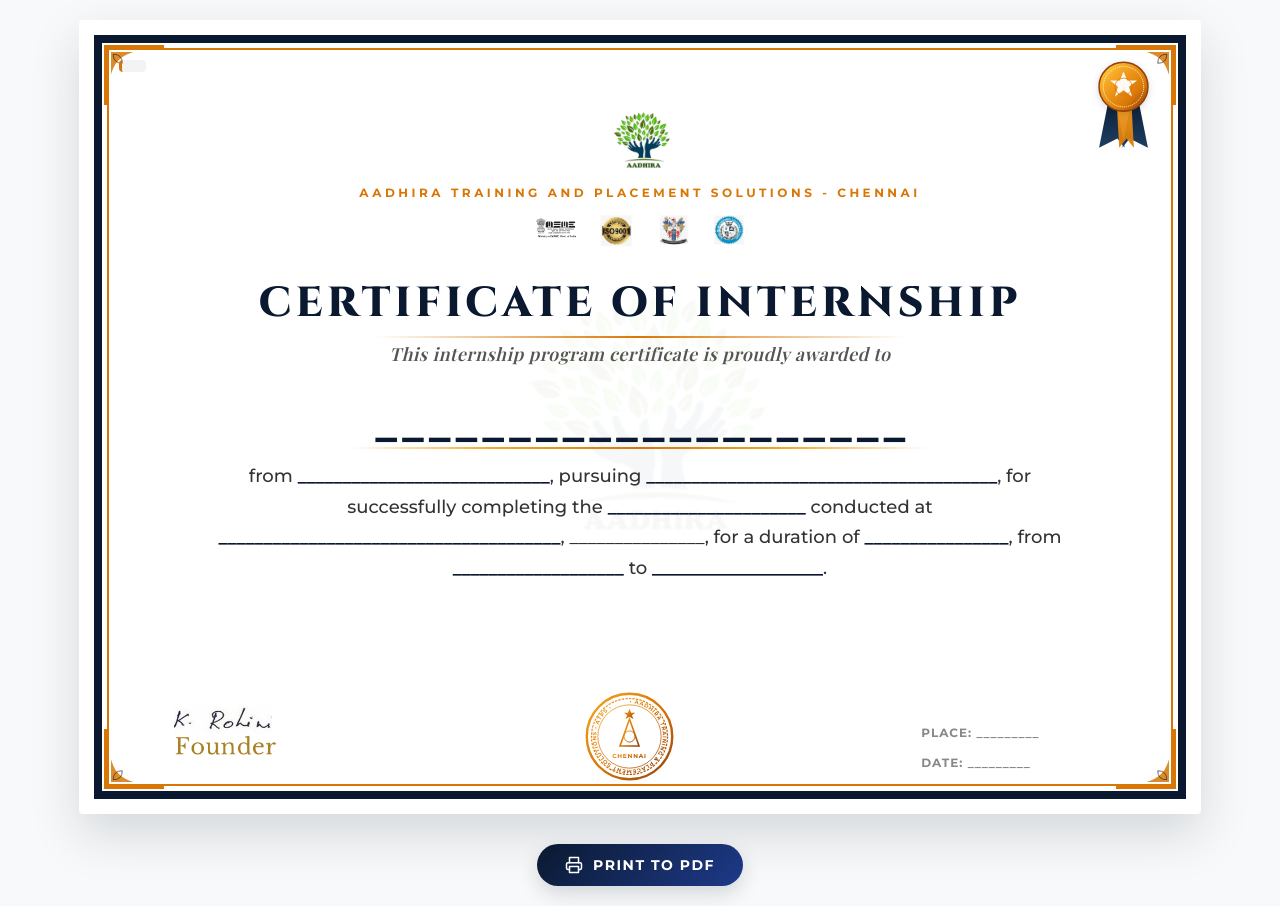
Repository: vimalRaj45/AADHIRA
Page: empt.html
These files come from the project's save history. The page is drawn as it stood at one moment and after the next save; the edit follows.
The browser window is 1280 px wide. The pictures show the whole page.
Some web fonts or font styles are not loaded; a fallback is used.

Above is the page before, as saved 2026-05-20 21:00:12.

### empt.html
<!DOCTYPE html>
<html lang="en">
<head>
  <meta charset="UTF-8">
  <meta name="viewport" content="width=device-width, initial-scale=1.0">
  <title>Certificate of Internship</title>

  <!-- Google Fonts for high-end look -->
  <link rel="preconnect" href="https://fonts.googleapis.com">
  <link rel="preconnect" href="https://fonts.gstatic.com" crossorigin>
  <link href="https://fonts.googleapis.com/css2?family=Cinzel:wght@600;700;800&family=Great+Vibes&family=Montserrat:wght@400;500;600;700&family=Playfair+Display:ital,wght@0,600;0,700;1,500;1,600&family=Alex+Brush&family=Mrs+Saint+Delafield&display=swap" rel="stylesheet">

  <!-- qrcode.js CDN -->
  <script src="https://cdnjs.cloudflare.com/ajax/libs/qrcodejs/1.0.0/qrcode.min.js"></script>

  <style>
    /* Styling for Screen Preview */
    :root {
      --navy: #0A192F;
      --gold: #D97706;
      --gold-light: #F5A623;
      --accent: #E07A5F;
      --bg: #F8F9FA;
      --paper: #FFFFFF;
    }

    * {
      box-sizing: border-box;
      margin: 0;
      padding: 0;
    }

    body {
      background-color: var(--bg);
      font-family: 'Montserrat', sans-serif;
      display: flex;
      flex-direction: column;
      align-items: center;
      justify-content: center;
      min-height: 100vh;
      padding: 20px;
    }

    /* Fixed Landscape A4 Dimensions for Preview */
    .cert-container {
      width: 297mm;
      height: 210mm;
      background: var(--paper);
      position: relative;
      overflow: hidden;
      box-shadow: 0 20px 50px rgba(10, 25, 47, 0.15);
      border-radius: 4px;
      display: flex;
      flex-direction: column;
      justify-content: space-between;
      padding: 40px;
    }

    /* Outer Borders */
    .border-outer {
      position: absolute;
      top: 15px;
      left: 15px;
      right: 15px;
      bottom: 15px;
      border: 8px solid var(--navy);
      pointer-events: none;
    }

    .border-inner {
      position: absolute;
      top: 28px;
      left: 28px;
      right: 28px;
      bottom: 28px;
      border: 2px solid var(--gold);
      pointer-events: none;
    }

    /* Border Corner Decorations */
    .corner-dec {
      position: absolute;
      width: 60px;
      height: 60px;
      border: 3px solid var(--gold);
      pointer-events: none;
    }

    .corner-tl {
      top: 25px;
      left: 25px;
      border-right: none;
      border-bottom: none;
    }

    .corner-tr {
      top: 25px;
      right: 25px;
      border-left: none;
      border-bottom: none;
    }

    .corner-bl {
      bottom: 25px;
      left: 25px;
      border-right: none;
      border-top: none;
    }

    .corner-br {
      bottom: 25px;
      right: 25px;
      border-left: none;
      border-top: none;
    }

    /* Decorative Corner SVG Accents */
    .corner-svg {
      position: absolute;
      width: 45px;
      height: 45px;
      fill: var(--gold);
      opacity: 0.85;
    }
    .svg-tl { top: 32px; left: 32px; }
    .svg-tr { top: 32px; right: 32px; transform: rotate(90deg); }
    .svg-bl { bottom: 32px; left: 32px; transform: rotate(-90deg); }
    .svg-br { bottom: 32px; right: 32px; transform: rotate(180deg); }

    /* Watermark background using your real corporate Aadhira Tree logo */
    .watermark {
      position: absolute;
      top: 50%;
      left: 50%;
      transform: translate(-50%, -50%);
      width: 340px;
      height: 340px;
      pointer-events: none;
      z-index: 1;
      opacity: 0.04;
      background-image: url('logos.png');
      background-size: 400% 100%;
      background-position: 0% 0%;
      background-repeat: no-repeat;
    }

    /* Header Layout */
    .header {
      display: flex;
      justify-content: center; /* PERFECT CENTER */
      align-items: center;
      z-index: 2;
      position: relative;
      width: 100%;
      height: 110px;
    }

    .cert-id {
      position: absolute;
      left: 0;
      top: 0;
      font-size: 14px;
      color: var(--navy);
      font-weight: 700;
      letter-spacing: 1.5px;
      background: rgba(10, 25, 47, 0.05);
      padding: 6px 12px;
      border-radius: 4px;
      border-left: 3px solid var(--gold);
    }

    .header-branding {
      display: flex;
      flex-direction: column;
      align-items: center;
      text-align: center;
    }

    /* Brand Logo & Accreditations Sprites */
    .logo-sprite {
      background-image: url('logos.png');
      background-size: 400% 100%;
      background-repeat: no-repeat;
      display: inline-block;
      mix-blend-mode: multiply;
    }

    .logo-aadhira {
      background-position: 0% 0%;
      width: 80px;
      height: 80px;
      margin-top: 120px;
      margin-bottom: 2px;
    }

    .company-subtitle {
      font-size: 12px;
      color: var(--gold);
      font-weight: 700;
      text-transform: uppercase;
      letter-spacing: 3.5px;
      margin-top: 2px;
      margin-bottom: 6px;
    }

    /* Center-Aligned Accreditation Badges */
    .accreditations {
      display: flex;
      gap: 12px;
      justify-content: center;
      align-items: center;
    }

    .logo-iso {
      background-position: 33.33% 0%;
      width: 44px;
      height: 44px;
    }

    .logo-arms {
      background-position: 66.66% 0%;
      width: 44px;
      height: 44px;
    }

    .logo-uk {
      background-position: 100% 0%;
      width: 44px;
      height: 44px;
    }

    .logo-msme {
      height: 44px;
      mix-blend-mode: multiply;
      object-fit: contain;
    }

    .medal-container {
      position: absolute;
      right: 0;
      top: -10px;
      width: 80px;
      height: 100px;
      display: flex;
      justify-content: flex-end;
    }

    /* Body/Content Layout */
    .content {
      text-align: center;
      z-index: 2;
      position: relative;
      margin-top: 5px;
      margin-bottom: 5px;
    }

    .title {
      font-family: 'Cinzel', serif;
      font-size: 42px;
      font-weight: 800;
      color: var(--navy);
      letter-spacing: 4px;
      margin-bottom: 10px;
      position: relative;
      display: inline-block;
    }

    .title::after {
      content: '';
      position: absolute;
      bottom: -6px;
      left: 15%;
      width: 70%;
      height: 2px;
      background: linear-gradient(90deg, transparent, var(--gold), transparent);
    }

    .subtitle {
      font-family: 'Playfair Display', serif;
      font-size: 18px;
      font-style: italic;
      color: #555;
      margin-bottom: 20px;
      letter-spacing: 0.5px;
    }

    .recipient-name {
      font-family: 'Playfair Display', serif;
      font-size: 44px;
      font-weight: 700;
      color: var(--navy);
      margin-bottom: 16px;
      display: inline-block;
      position: relative;
      padding: 0 20px;
    }

    .recipient-name::after {
      content: '';
      position: absolute;
      bottom: -4px;
      left: 0;
      width: 100%;
      height: 2.2px;
      background: linear-gradient(90deg, transparent, var(--gold-light), var(--gold), var(--gold-light), transparent);
    }

    .achievement-text {
      font-family: 'Montserrat', sans-serif;
      font-size: 18px;
      color: #333;
      line-height: 1.7;
      max-width: 860px;
      margin: 0 auto;
      font-weight: 500;
    }

    .highlight {
      font-weight: 700;
      color: var(--navy);
    }

    /* Bottom Section Layout */
    .footer {
      display: flex;
      justify-content: space-between;
      align-items: flex-end;
      z-index: 2;
      position: relative;
    }

    .signatory-block {
      width: 220px;
      text-align: center;
    }

    .signature-container {
      height: 60px;
      display: flex;
      align-items: flex-end;
      justify-content: center;
      margin-bottom: 8px;
    }

    /* Handwritten signature image displaying K. Rohini nicely overlayed */
    .signature-img {
      max-width: 150px;
      max-height: 60px;
      object-fit: contain;
      mix-blend-mode: multiply; /* Blends background color out */
    }

    .sign-line {
      border-top: 1.5px solid rgba(10, 25, 47, 0.3);
      padding-top: 6px;
    }

    .sign-name {
      font-size: 14px;
      font-weight: 700;
      color: var(--navy);
      text-transform: uppercase;
      letter-spacing: 1px;
    }

    .sign-designation {
      font-size: 12px;
      color: #666;
      margin-top: 2px;
      font-weight: 500;
    }

    .seal-block {
      width: 140px;
      display: flex;
      flex-direction: column;
      align-items: center;
      justify-content: center;
      margin-bottom: -10px;
    }

    .verification-block {
      display: flex;
      align-items: flex-end;
      gap: 15px;
      width: 240px;
    }

    .verification-details {
      text-align: left;
    }

    .verif-label {
      font-size: 10px;
      font-weight: 700;
      color: var(--navy);
      text-transform: uppercase;
      letter-spacing: 1px;
      margin-bottom: 4px;
    }

    .verif-link {
      font-size: 10px;
      color: #666;
      text-decoration: none;
      word-break: break-all;
      font-family: monospace;
      font-weight: 500;
      line-height: 1.3;
      display: block;
      max-width: 150px;
    }

    .verif-link:hover {
      color: var(--gold);
    }

    .qrcode-container {
      background: white;
      padding: 6px;
      border: 1px solid rgba(10, 25, 47, 0.12);
      border-radius: 4px;
      box-shadow: 0 4px 10px rgba(0,0,0,0.05);
      display: flex;
      align-items: center;
      justify-content: center;
    }

    /* Print & Floating Controls */
    .controls {
      margin-top: 30px;
      display: flex;
      gap: 15px;
      z-index: 10;
    }

    .btn {
      padding: 12px 28px;
      font-family: 'Montserrat', sans-serif;
      font-size: 14px;
      font-weight: 700;
      text-transform: uppercase;
      letter-spacing: 1.5px;
      border: none;
      border-radius: 50px;
      cursor: pointer;
      box-shadow: 0 8px 20px rgba(10, 25, 47, 0.15);
      transition: all 0.3s ease;
      display: flex;
      align-items: center;
      gap: 10px;
      text-decoration: none;
    }

    .btn-print {
      background: linear-gradient(135deg, var(--navy), #1E3A8A);
      color: white;
    }

    .btn-print:hover {
      transform: translateY(-2px);
      box-shadow: 0 12px 25px rgba(10, 25, 47, 0.25);
    }

    /* Print styling rules */
    @media print {
      body {
        background: none;
        padding: 0;
        margin: 0;
        width: 297mm;
        height: 210mm;
      }

      .cert-container {
        width: 297mm;
        height: 210mm;
        box-shadow: none;
        border-radius: 0;
        position: absolute;
        top: 0;
        left: 0;
        margin: 0;
        padding: 40px;
        page-break-after: always;
        -webkit-print-color-adjust: exact;
        print-color-adjust: exact;
      }

      .no-print {
        display: none !important;
      }
    }

    @page {
      size: A4 landscape;
      margin: 0;
    }
  </style>
</head>
<body>

  <!-- Certificate Container -->
  <div class="cert-container">

    <!-- Borders -->
    <div class="border-outer"></div>
    <div class="border-inner"></div>

    <!-- Corner Decorative Lines -->
    <div class="corner-dec corner-tl"></div>
    <div class="corner-dec corner-tr"></div>
    <div class="corner-dec corner-bl"></div>
    <div class="corner-dec corner-br"></div>

    <!-- Corner Decorative SVGs -->
    <svg class="corner-svg svg-tl" viewBox="0 0 100 100">
      <path d="M 0,0 L 50,0 C 20,10 10,20 0,50 Z" />
      <circle cx="15" cy="15" r="4" />
      <path d="M 5,5 Q 25,5 25,25 Q 5,25 5,5" fill="none" stroke="currentColor" stroke-width="1.5"/>
    </svg>
    <svg class="corner-svg svg-tr" viewBox="0 0 100 100">
      <path d="M 0,0 L 50,0 C 20,10 10,20 0,50 Z" />
      <circle cx="15" cy="15" r="4" />
      <path d="M 5,5 Q 25,5 25,25 Q 5,25 5,5" fill="none" stroke="currentColor" stroke-width="1.5"/>
    </svg>
    <svg class="corner-svg svg-bl" viewBox="0 0 100 100">
      <path d="M 0,0 L 50,0 C 20,10 10,20 0,50 Z" />
      <circle cx="15" cy="15" r="4" />
      <path d="M 5,5 Q 25,5 25,25 Q 5,25 5,5" fill="none" stroke="currentColor" stroke-width="1.5"/>
    </svg>
    <svg class="corner-svg svg-br" viewBox="0 0 100 100">
      <path d="M 0,0 L 50,0 C 20,10 10,20 0,50 Z" />
      <circle cx="15" cy="15" r="4" />
      <path d="M 5,5 Q 25,5 25,25 Q 5,25 5,5" fill="none" stroke="currentColor" stroke-width="1.5"/>
    </svg>

    <!-- Watermark Background using corporate Aadhira Tree logo -->
    <div class="watermark"></div>

    <!-- Top Header -->
    <div class="header">
      <div class="cert-id"></div>

      <div class="header-branding">
        <!-- Render your corporate Aadhira Tree logo via sprite -->
        <div class="logo-sprite logo-aadhira"></div>
        <div class="company-subtitle">AADHIRA TRAINING AND PLACEMENT SOLUTIONS - CHENNAI</div>

        <!-- Accreditation badges horizontally aligned -->
        <div class="accreditations">
          <img src="ministry-of-micro-small-and-medium-enterprises-logo-png.png" class="logo-msme" title="MSME Certified" alt="MSME Logo">
          <div class="logo-sprite logo-iso" title="ISO 9001:2015 Certified"></div>
          <div class="logo-sprite logo-arms" title="International Standards Certified"></div>
          <div class="logo-sprite logo-uk" title="Euro UK Accreditation Licensed"></div>
        </div>
      </div>

      <!-- Gold Medal Ribbon -->
      <div class="medal-container">
        <svg viewBox="0 0 120 180" width="75" height="110">
          <defs>
            <linearGradient id="goldGrad" x1="0%" y1="0%" x2="100%" y2="100%">
              <stop offset="0%" stop-color="#FDE047"/>
              <stop offset="30%" stop-color="#F5A623"/>
              <stop offset="70%" stop-color="#D97706"/>
              <stop offset="100%" stop-color="#78350F"/>
            </linearGradient>
            <linearGradient id="ribbonGrad1" x1="0%" y1="0%" x2="0%" y2="100%">
              <stop offset="0%" stop-color="#0A192F"/>
              <stop offset="100%" stop-color="#1E3E62"/>
            </linearGradient>
            <linearGradient id="ribbonGrad2" x1="0%" y1="0%" x2="0%" y2="100%">
              <stop offset="0%" stop-color="#F5A623"/>
              <stop offset="100%" stop-color="#D97706"/>
            </linearGradient>
          </defs>
          <!-- Ribbons -->
          <path d="M38 70 L20 160 L50 145 L62 160 L45 70" fill="url(#ribbonGrad1)"/>
          <path d="M82 70 L100 160 L70 145 L58 160 L75 70" fill="url(#ribbonGrad1)"/>
          <path d="M48 70 L53 160 L65 145 L77 160 L72 70" fill="url(#ribbonGrad2)" opacity="0.95"/>
          <!-- Medal Outer -->
          <circle cx="60" cy="60" r="40" fill="url(#goldGrad)" stroke="#92400E" stroke-width="2.5" filter="drop-shadow(0 3px 6px rgba(0,0,0,0.15))"/>
          <!-- Medal Ridges -->
          <circle cx="60" cy="60" r="33" fill="none" stroke="#FEF3C7" stroke-width="1.5" stroke-dasharray="2 1.5"/>
          <!-- Medal Emblem -->
          <polygon points="60,35 66,50 82,50 69,60 74,76 60,66 46,76 51,60 38,50 54,50" fill="#FFF" opacity="0.95"/>
          <circle cx="60" cy="60" r="14" fill="none" stroke="#D97706" stroke-width="1.2"/>
        </svg>
      </div>
    </div>

    <!-- Main Content Area -->
    <div class="content">
      <h1 class="title">CERTIFICATE OF INTERNSHIP</h1>
      <p class="subtitle">This internship program certificate is proudly awarded to</p>

      <div class="recipient-name">____________________</div>

      <p class="achievement-text">
        from <span class="highlight">____________________________</span>, pursuing <span class="highlight">_______________________________________</span>,
        for successfully completing the <span class="highlight">______________________</span>
        conducted at <span class="highlight">______________________________________</span>,
        _______________, for a duration of <span class="highlight">________________</span>,
        from <span class="highlight">___________________</span> to <span class="highlight">___________________</span>.
      </p>
    </div>

    <!-- Bottom Footer Section -->
    <div class="footer">

      <!-- Signature Block -->
      <div class="signatory-block">
        <div class="signature-container">
          <!-- Render your brand's handwritten signature image -->
          <img src="signature.png" class="signature-img" alt="Signature of K. Rohini">
        </div>
      </div>

      <!-- Company Seal -->
      <div class="seal-block">
        <svg viewBox="0 0 120 120" width="95" height="95">
          <defs>
            <linearGradient id="sealGrad" x1="0%" y1="0%" x2="100%" y2="100%">
              <stop offset="0%" stop-color="#F5A623"/>
              <stop offset="50%" stop-color="#D97706"/>
              <stop offset="100%" stop-color="#92400E"/>
            </linearGradient>
          </defs>
          <circle cx="60" cy="60" r="54" fill="none" stroke="url(#sealGrad)" stroke-width="3"/>
          <circle cx="60" cy="60" r="48" fill="none" stroke="url(#sealGrad)" stroke-width="1.5" stroke-dasharray="3 1.5"/>
          <circle cx="60" cy="60" r="40" fill="none" stroke="url(#sealGrad)" stroke-width="1"/>

          <!-- Curved text using SVG path -->
          <path id="sealTextPath-1" d="M60 18 A42 42 0 0 1 102 60 A42 42 0 0 1 60 102 A42 42 0 0 1 18 60 A42 42 0 0 1 60 18 Z" fill="none"/>
          <text fill="url(#sealGrad)" font-family="'Montserrat', sans-serif" font-size="6.8" font-weight="700" letter-spacing="0.8">
            <textPath href="#sealTextPath-1" startOffset="0%">• AADHIRA TRAINING & PLACEMENT SOLUTIONS • ATPS •</textPath>
          </text>

          <!-- Star and Seal Center Logo -->
          <path d="M60 38 L72 72 L48 72 Z" fill="none" stroke="url(#sealGrad)" stroke-width="2"/>
          <circle cx="60" cy="60" r="7" fill="none" stroke="url(#sealGrad)" stroke-width="1.2"/>
          <path d="M60 25 L62 30 L67 30 L63 33 L65 38 L60 35 L55 38 L57 33 L53 30 L58 30 Z" fill="url(#sealGrad)"/>
          <text x="60" y="87" text-anchor="middle" fill="url(#sealGrad)" font-family="'Montserrat', sans-serif" font-size="7.5" font-weight="800" letter-spacing="1">CHENNAI</text>
        </svg>
      </div>

      <!-- Verification QR & Details -->
      <div class="verification-block">
        <div class="verification-details">
             <div class="verif-label" style="margin-top: 12px; font-size: 12px; color: #888; margin-bottom: 15px;">Place: _________</div>
             <div class="verif-label" style="font-size: 12px; color: #888;">Date: _________</div>
        </div>
      </div>

    </div>

  </div>

  <!-- Print Button (Hidden on Print) -->
  <div class="controls no-print">
    <button class="btn btn-print" onclick="window.print()">
      <svg width="18" height="18" viewBox="0 0 24 24" fill="none" stroke="currentColor" stroke-width="2" stroke-linecap="round" stroke-linejoin="round">
        <polyline points="6 9 6 2 18 2 18 9"></polyline>
        <path d="M6 18H4a2 2 0 0 1-2-2v-5a2 2 0 0 1 2-2h16a2 2 0 0 1 2 2v5a2 2 0 0 1-2 2h-2"></path>
        <rect x="6" y="14" width="12" height="8"></rect>
      </svg>
      Print to PDF
    </button>
  </div>

  <!-- Dynamic QR Code Script -->
  <script>
    document.addEventListener("DOMContentLoaded", function() {
      const qrcodeEl = document.getElementById("qrcode-1");
      if (qrcodeEl) {
        new QRCode(qrcodeEl, {
          text: "https://aadhira.onrender.com/verify?cert=ATPS/2026/000001",
          width: 60,
          height: 60,
          colorDark : "#0A192F",
          colorLight : "#FFFFFF",
          correctLevel : QRCode.CorrectLevel.H
        });
      }
    });
  </script>

</body>
</html>

After the next save:
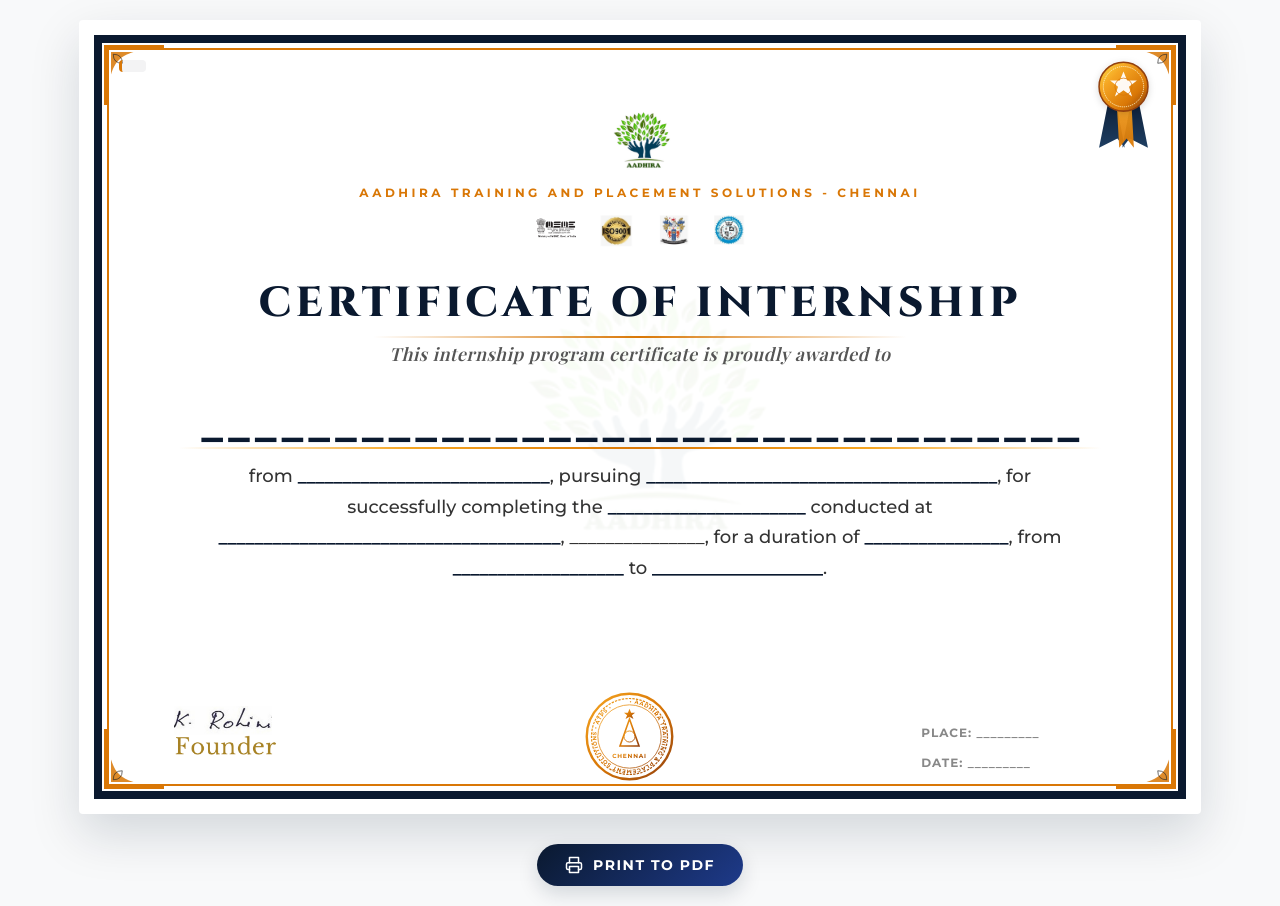
Saved 44 s later.
--- a/empt.html
+++ b/empt.html
@@ -595,7 +595,7 @@
       <h1 class="title">CERTIFICATE OF INTERNSHIP</h1>
       <p class="subtitle">This internship program certificate is proudly awarded to</p>
 
-      <div class="recipient-name">____________________</div>
+      <div class="recipient-name">_________________________________</div>
 
       <p class="achievement-text">
         from <span class="highlight">____________________________</span>, pursuing <span class="highlight">_______________________________________</span>,
